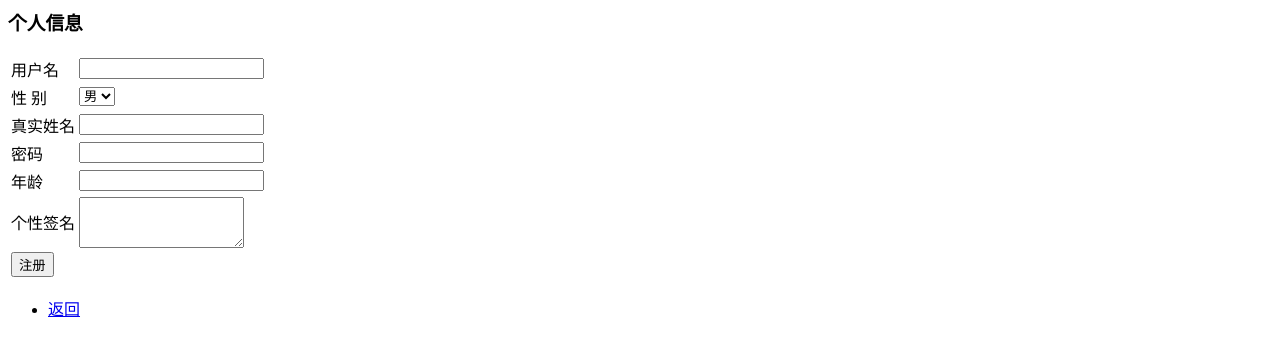
Repository: wyubb/Java
Page: http://localhost/Chapter3/register.jsp
These files come from the project's save history. The page is drawn as it stood at one moment and after the next save; the edit follows.
The browser window is 1280 px wide. The pictures show the whole page.
The page is served by Tomcat 9.

Above is the page before, as saved 2019-04-04 07:33:44.

After the next save:
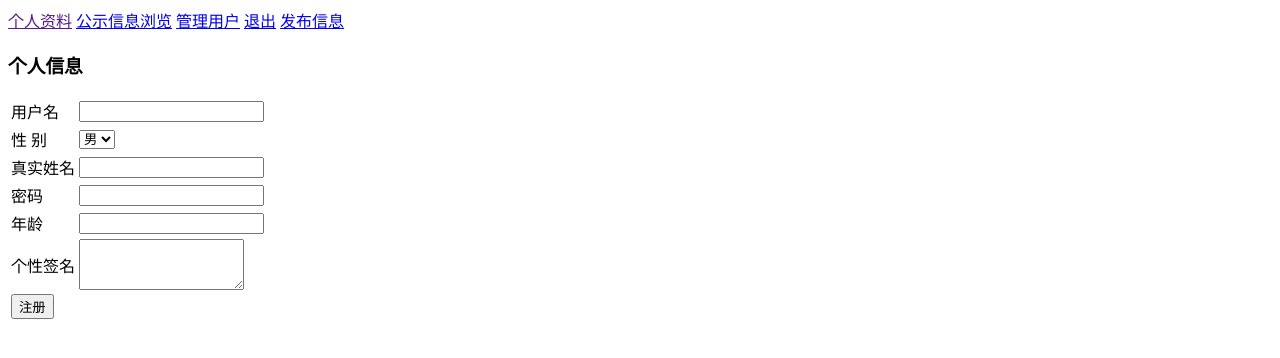
Saved 4 min 13 s later.
--- a/Chapter3/WebContent/register.jsp
+++ b/Chapter3/WebContent/register.jsp
@@ -7,14 +7,16 @@
 </head>
 <body>
 <div id="outer">
-	<div id="inner">
-		<div id="primarycontent">
-
-			<!-- primary content start -->
+			<div id="menu">
+				<a href =	 "">个人资料</a>
+				<a href = "main.jsp">公示信息浏览</a>
+				<a href = "register.jsp">管理用户</a>
+				<a href = "login.jsp">退出</a>
+				<a href = "addinformation.jsp">发布信息</a>
+		</div>
 			<div class="post">
 				<div class="header">
 					<h3>个人信息</h3>
-					<div class="date"></div>
 				</div>
 				<div class="content">
 					<form action="process_register.jsp" method="post">
@@ -78,11 +80,6 @@
 						</table>
 					</form>
 				</div>
-				<div class="footer">
-					<ul>
-						<li class="readmore"><a href="login.jsp">返回</a></li>
-					</ul>
-				</div>
 			</div>
 		</div>
 	</div>
